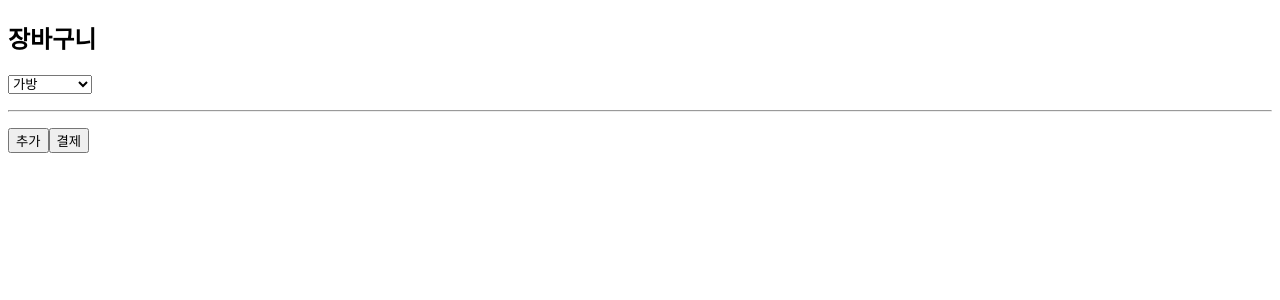
Repository: Blair-Kim/JSP
Page: http://localhost/Day2/7_basket.jsp
The author's editor kept a copy of each file at every save. The page is drawn from the files as they stood at one save, then again after the next save.
The browser window is 1280 px wide. The pictures show the whole page.
The page is served by Tomcat 9.

Above is the page before, as saved 2022-01-13 04:34:51.

### Day2/WebContent/7_basket.jsp
<%@ page language="java" contentType="text/html; charset=UTF-8"
	pageEncoding="UTF-8"%>
<!DOCTYPE html>
<html>
<head>
<meta charset="UTF-8">
<title>장바구니</title>
</head>
<body>
	<h2>장바구니</h2>
	<form method="post" action="7_basket_ok.jsp">
		<p>
			<select name="product">
				<option value="가방">가방</option>
				<option value="라면">라면</option>
				<option value="계란">계란</option>
				<option value="청소기">청소기</option>
				<option value="삼성핸드폰">삼성핸드폰</option>
			</select>
		</p>
		<hr>
		<p>
			<input type="submit" value="추가"><input type="button"
				value="결제" onclick="payment()">
		</p>
	</form>
</body>
</html>

After the next save:
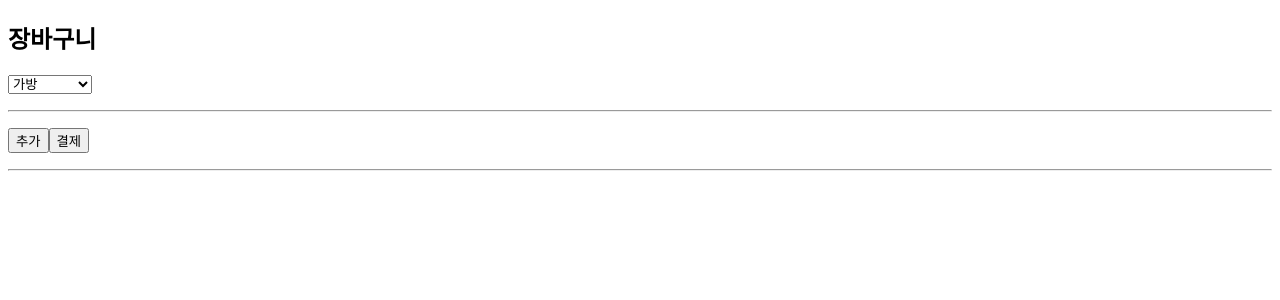
Saved 51 s later.
--- a/Day2/WebContent/7_basket.jsp
+++ b/Day2/WebContent/7_basket.jsp
@@ -23,6 +23,11 @@
 			<input type="submit" value="추가"><input type="button"
 				value="결제" onclick="payment()">
 		</p>
+		<hr>
+	<%
+
+
+	%>
 	</form>
 </body>
 </html>
